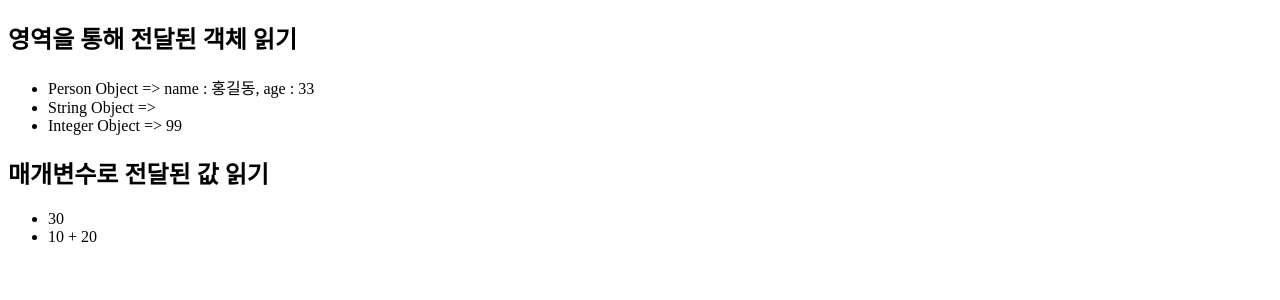
Repository: Charles0304/JSP
Page: http://localhost/MustHaveJSP/10EL/ObjectParams.jsp
These files come from the project's save history. The page is drawn as it stood at one moment and after the next save; the edit follows.
The browser window is 1280 px wide. The pictures show the whole page.
The page is served by Tomcat 10. Nobody is signed in. The application's start-up code is not run. Other server files are loaded and not shown.

Above is the page before, as saved 2024-04-25 01:29:50.

### MustHaveJSP/src/main/webapp/10EL/ObjectParams.jsp
<%@ page import = "common.Person" %>
<%@ page language="java" contentType="text/html; charset=UTF-8"
    pageEncoding="UTF-8"%>
<!DOCTYPE html>
<html>
<head>
<meta charset="UTF-8">
<title>표현 언어(EL) - 객체 매개변수</title>
</head>
<body>
	<%
	request.setAttribute("personObj", new Person("홍길동",33));
	request.setAttribute("stringObj", "String");
	request.setAttribute("integerObj",new Integer(99));
	%>
	<jsp:forward page="ObjectResult.jsp">
		<jsp:param value="10" name = "firstNum"/>
		<jsp:param value = "20" name = "secondNum"/>
	</jsp:forward>
</body>
</html>

### MustHaveJSP/src/main/webapp/10EL/ObjectResult.jsp
<%@ page import = "common.Person" %>
<%@ page language="java" contentType="text/html; charset=UTF-8"
    pageEncoding="UTF-8"%>
<!DOCTYPE html>
<html>
<head>
<meta charset="UTF-8">
<title>표현 언어(EL) - 객체 매개변수</title>
</head>
<body>
	<h2>영역을 통해 전달된 객체 읽기</h2>
	<ul>
		<li>Person Object => name : ${personObj.name }, age : ${personObj.age }</li>
		<li>String Object => ${requestScopte.stringObj }</li>
		<li>Integer Object => ${integerObj }</li>
	</ul>
	<h2>매개변수로 전달된 값 읽기</h2>
	<ul>
		<li>${param.firstNum + param['secondNum'] }</li>
		<li>${param.firstNum} + ${param["secondNum"] }</li>
	</ul>
</body>
</html>

### MustHaveJSP/src/main/java/common/Person.java
package common;

public class Person {
	private String name;
	private int age;
	public Person(String name, int age) {
		super();
		this.name = name;
		this.age = age;
	}
	public Person() {}

	public String getName() {
		return name;
	}

	public void setName(String name) {
		this.name = name;
	}

	public int getAge() {
		return age;
	}

	public void setAge(int age) {
		this.age = age;
	}


}

After the next save:
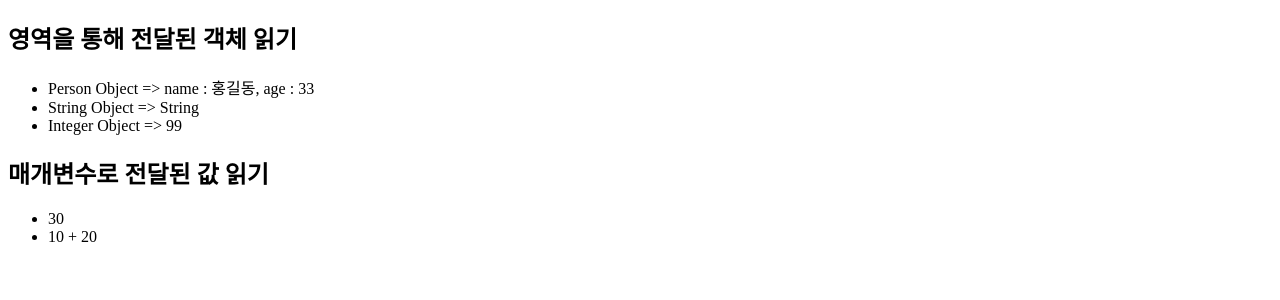
Saved 28 s later.
--- a/MustHaveJSP/src/main/webapp/10EL/ObjectResult.jsp
+++ b/MustHaveJSP/src/main/webapp/10EL/ObjectResult.jsp
@@ -11,7 +11,7 @@
 	<h2>영역을 통해 전달된 객체 읽기</h2>
 	<ul>
 		<li>Person Object => name : ${personObj.name }, age : ${personObj.age }</li>
-		<li>String Object => ${requestScopte.stringObj }</li>
+		<li>String Object => ${requestScope.stringObj }</li>
 		<li>Integer Object => ${integerObj }</li>
 	</ul>
 	<h2>매개변수로 전달된 값 읽기</h2>
